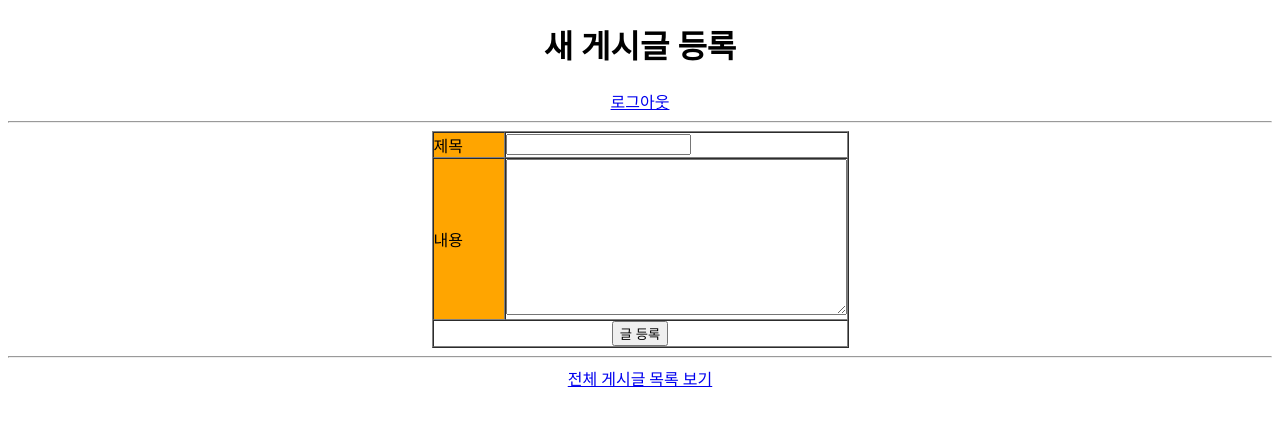
Repository: allstar94/spring_practice
Page: http://localhost/Model2_Board/insertBoard.jsp
An editor plug-in stored every save of this project. The page is shown before and after the next save, followed by the edit.
The browser window is 1280 px wide. The pictures show the whole page.
The page is served by Tomcat 9.

Above is the page before, as saved 2021-10-26 06:24:05.

After the next save:
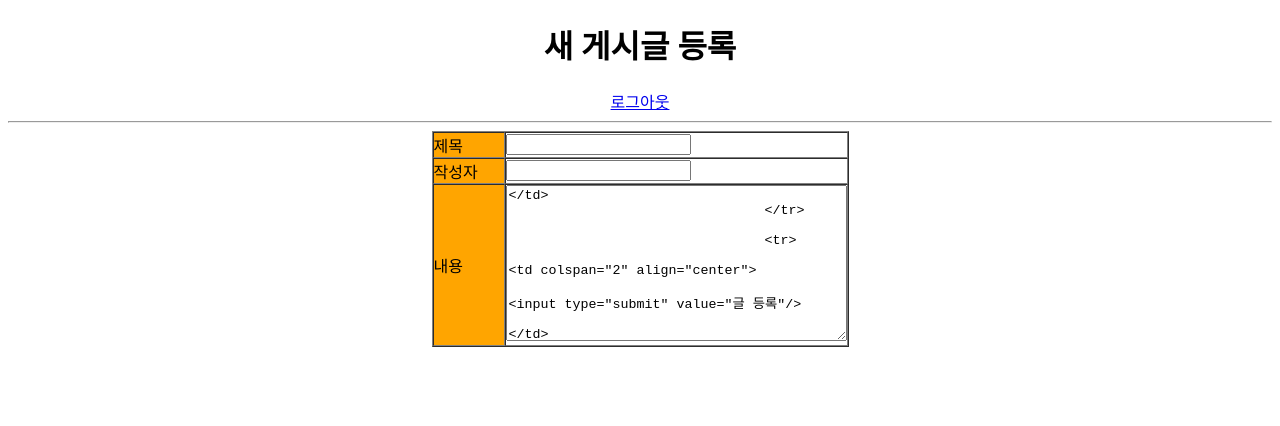
Saved 53 s later.
--- a/Model2_Board/src/main/webapp/insertBoard.jsp
+++ b/Model2_Board/src/main/webapp/insertBoard.jsp
@@ -1,37 +1,46 @@
 <%@ page language="java" contentType="text/html; charset=EUC-KR"
     pageEncoding="EUC-KR"%>
-    <%@ page errorPage="error.jsp" %>
+<%@ page errorPage="error.jsp" %>
+
+
 <!DOCTYPE html>
 <html>
 <head>
 <meta charset="EUC-KR">
-<title>insertBoard.jsp 페이지</title>
+<title>InsertBoard.jsp 페이지</title>
 </head>
 <body>
-   <center>
-   <h1>새 게시글 등록</h1>
-   <a href="logout.do">로그아웃</a>
-   <hr>
-   <form name="insertForm" method="POST" action="insertBoard.do">
-      <table border="1" cellpadding="0" cellspacing="0">
-         <tr>
-            <td bgcolor="orange" width="70">제목</td>
-            <td align="left"><input type="text" name="title"/></td>
-         </tr>
+	<center>
+		<h1>새 게시글 등록</h1>
+		<a href="Logout.do">로그아웃</a>
+		<hr>
+		<form name="insertForm" method="POST" action="insertBoard.do">
+			<table border="1" cellpadding="0" cellspacing="0">
+				<tr>
+					<td bgcolor="orange" width="70">제목</td>
+					<td align="Left"><input type="text" name="title"/>
+				</tr>
+				<tr>
+					<td bgcolor="orange">작성자</td>
+					<td align="Left"><input type="text" name="writer"/>
+				</tr>
 
-         <tr>
-            <td bgcolor="orange">내용</td>
-            <td align="left"><textarea name="content" rows="10" cols="40"></textarea></td>
-         </tr>
-         <tr>
-            <td colspan="2" align="center">
-               <input type="submit" value="글 등록"/>
-            </td>
-         </tr>
-      </table>
-   </form>
-   <hr>
-   <a href="getBoardList.do">전체  게시글 목록 보기</a>
-   </center>
+				<tr>
+					<td bgcolor="orange">내용</td>
+					<td align="Left"><textarea name="contect" rows="10" cols="40"/></td>
+				</tr>
+
+				<tr>
+					<td colspan="2" align="center">
+						<input type="submit" value="글 등록"/>
+					</td>
+				</tr>
+			</table>
+		</form>
+		<hr>
+		<a href="getBoardList.do">전체 게시글 목록 보기</a>
+
+
+	</center>
 </body>
 </html>
